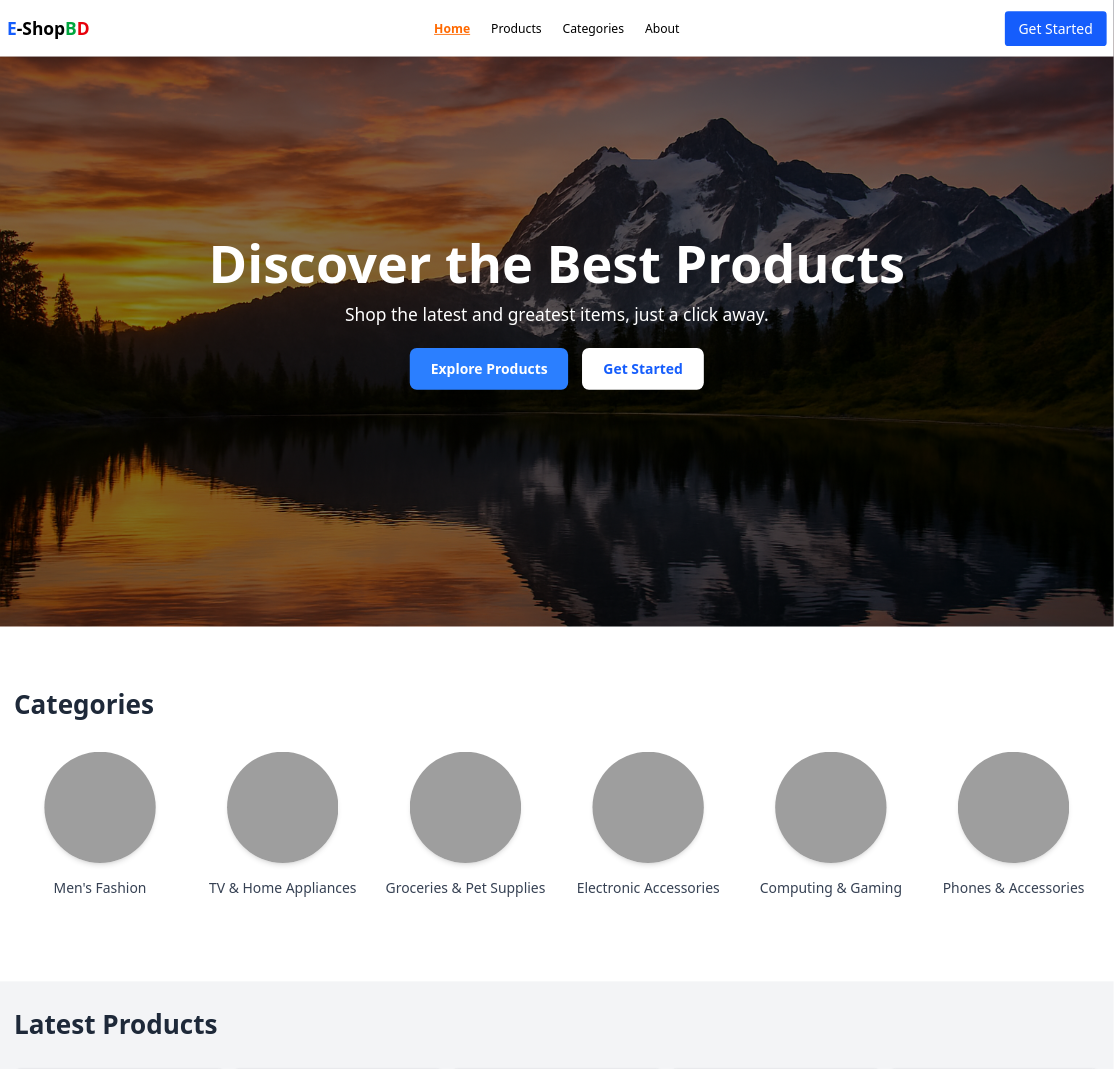
Repository: syedbayzid82849/E-shopBD
Page: /
These files come from the project's save history. The page is drawn as it stood at one moment and after a run of saves; the edit follows.
The browser window is 1280 px wide. The pictures show the part of the page from y = 0 to 1229 px (the page is 2333 px tall before and 2349 px after), at 87% of full size.
Pictures or frames that could not be fetched are drawn as grey boxes. The project was rebuilt for these pictures with package versions that can differ from the ones it lists, and the page was loaded fresh each time. The framework's server and built-in components were replaced by stand-ins that run in the browser. Also part of the build but not shown: next.config.mjs, src/app/page.module.css, src/app/layouts/page.js.

Above is the page before, as saved 2025-08-22 12:01:15.

### src/app/layout.js
import { Geist, Geist_Mono } from "next/font/google";
import "./globals.css";
import Navbar from "./components/Navbar";
import Footer from "./components/Footer";

const geistSans = Geist({
  variable: "--font-geist-sans",
  subsets: ["latin"],
});

const geistMono = Geist_Mono({
  variable: "--font-geist-mono",
  subsets: ["latin"],
});

export const metadata = {
  title: "Create Next App",
  description: "Generated by create next app",
};

export default function RootLayout({ children }) {
  return (
    <html lang="en">
      <body className={`${geistSans.variable} ${geistMono.variable}`}>
        <nav>
          <Navbar></Navbar>
        </nav>
      <main className=" ">
        {children}
      </main>
      <footer>
        <Footer></Footer>
      </footer>
      </body>
    </html>
  );
}

### src/app/page.js
import Image from "next/image";
import styles from "./page.module.css";
import Layout from "./layouts/page";
import Navbar from "./components/Navbar";
import Hero from "./components/HeroSection";
import Categories from "./categories/page";
import LatestProducts from "./components/LatestProducts";

export default function Home() {
  return (
    <div className=''>
      <Hero></Hero>
      <Categories></Categories>
      <LatestProducts></LatestProducts>
    </div>
  );
}

### src/app/globals.css
@import "tailwindcss";

@plugin "daisyui" {
    themes: light;
}

### src/app/components/Navbar.jsx
"use client";
import { useState } from "react";
import Link from "next/link";
import { usePathname } from "next/navigation";

export default function Navbar() {
    const [isOpen, setIsOpen] = useState(false);
    const pathname = usePathname();

    const isActive = (path) =>
        pathname === path
            ? "underline text-orange-500 font-semibold"
            : "";

    const navMenu = () => {
        return (
            <>
                <li>
                    <Link href="/" className={isActive("/")}>
                        Home
                    </Link>
                </li>
                <li>
                    <Link href="/products" className={isActive("/products")}>
                        Products
                    </Link>
                </li>
                <li>
                    <Link href="/categories" className={isActive("/categories")}>
                        Categories
                    </Link>
                </li>
                <li>
                    <Link href="/about" className={isActive("/about")}>
                        About
                    </Link>
                </li>
            </>
        );
    };


    return (
        <div className="navbar bg-white shadow-sm fixed z-50">
            <div className="navbar-start">
                <div className="dropdown ">
                    <div tabIndex={0} role="button" className="btn btn-ghost lg:hidden">
                        <svg xmlns="http://www.w3.org/2000/svg" className="h-5 w-5" fill="none" viewBox="0 0 24 24" stroke="currentColor"> <path strokeLinecap="round" strokeLinejoin="round" strokeWidth="2" d="M4 6h16M4 12h8m-8 6h16" /> </svg>
                    </div>
                    <ul
                        tabIndex={0}
                        className="dropdown-content bg-white rounded z-50 mt-3 w-52 p-2 shadow"
                    >
                        {navMenu()}
                    </ul>
                </div>
                <a className=" text-xl font-bold">
                    <span className="text-blue-600">E</span>
                    <span>-Shop</span>
                    <span className="text-green-600">B</span>
                    <span className="text-red-600">D</span></a>
            </div>
            <div className="navbar-center hidden lg:flex">
                <ul className="menu menu-horizontal px-1">
                    {navMenu()}
                </ul>
            </div>
            <div className="navbar-end">
                <Link
                    href="/login"
                    className="bg-blue-600 text-white px-4 py-2 rounded hover:bg-blue-700"
                >
                    Get Started
                </Link>
            </div>
        </div>
    );
}

### src/app/components/Footer.jsx
import React from 'react'

export default function Footer() {
    return (
        <>
            <footer className="bg-gray-100 text-gray-800 py-10 px-6">
                <div className="max-w-7xl mx-auto grid grid-cols-1 sm:grid-cols-2 md:grid-cols-4 gap-8">

                    {/* Logo & About */}
                    <div>
                        <svg
                            width="50"
                            height="50"
                            viewBox="0 0 24 24"
                            xmlns="http://www.w3.org/2000/svg"
                            className="fill-current text-blue-600 mb-3"
                        >
                            <path d="M22.672 15.226l-2.432.811.841 2.515c..."></path>
                        </svg>
                        <p className="font-semibold">
                            <span className="text-blue-600">E</span>
                            <span>-Shop</span>
                            <span className="text-green-600">B</span>
                            <span className="text-red-600">D</span> Industries Ltd. <br />
                            <span className="text-sm text-gray-600">
                                Providing Selling and Buying since 2020
                            </span>
                        </p>
                    </div>

                    {/* Services */}
                    <div>
                        <h6 className="text-lg font-bold mb-3">Services</h6>
                        <ul className="space-y-2 text-sm">
                            <li><a href="#" className="hover:text-blue-600">Branding</a></li>
                            <li><a href="#" className="hover:text-blue-600">Design</a></li>
                            <li><a href="#" className="hover:text-blue-600">Marketing</a></li>
                            <li><a href="#" className="hover:text-blue-600">Advertisement</a></li>
                        </ul>
                    </div>

                    {/* Company */}
                    <div>
                        <h6 className="text-lg font-bold mb-3">Company</h6>
                        <ul className="space-y-2 text-sm">
                            <li><a href="#" className="hover:text-blue-600">About us</a></li>
                            <li><a href="#" className="hover:text-blue-600">Contact</a></li>
                            <li><a href="#" className="hover:text-blue-600">Jobs</a></li>
                            <li><a href="#" className="hover:text-blue-600">Press kit</a></li>
                        </ul>
                    </div>

                    {/* Legal */}
                    <div>
                        <h6 className="text-lg font-bold mb-3">Legal</h6>
                        <ul className="space-y-2 text-sm">
                            <li><a href="#" className="hover:text-blue-600">Terms of use</a></li>
                            <li><a href="#" className="hover:text-blue-600">Privacy policy</a></li>
                            <li><a href="#" className="hover:text-blue-600">Cookie policy</a></li>
                        </ul>
                    </div>
                </div>

                {/* Bottom section */}
                <div className="mt-10 border-t pt-6 text-center text-sm text-gray-500">
                    © {new Date().getFullYear()} ACME Industries Ltd. All rights reserved.
                </div>
            </footer></>
    )
}

### src/app/components/HeroSection.jsx
import Link from "next/link";
import heroBg from '../../../public/assets/bg-hero.png'

export default function Hero() {
    return (
        <section
            className="relative h-screen max-h-[775px] bg-cover bg-center flex items-center justify-center"
            style={{ backgroundImage: "url('/assets/bg-hero.png')" }}
        >
            {/* Overlay for dark effect */}
            <div className="absolute inset-0 bg-black/50"></div>

            {/* Content */}
            <div className="relative z-10 text-center text-white px-4">
                <h1 className="text-4xl md:text-6xl font-bold mb-4">
                    Discover the Best Products
                </h1>
                <p className="text-lg md:text-xl mb-6">
                    Shop the latest and greatest items, just a click away.
                </p>
                <div className="flex justify-center gap-4">
                    <Link
                        href="/products"
                        className="bg-blue-500 hover:bg-blue-600 px-6 py-3 rounded-lg font-semibold shadow-lg transition"
                    >
                        Explore Products
                    </Link>
                    <Link
                        href="/login"
                        className="bg-white text-blue-600 hover:bg-gray-100 px-6 py-3 rounded-lg font-semibold shadow-lg transition"
                    >
                        Get Started
                    </Link>
                </div>
            </div>
        </section>
    );
}

### src/app/categories/page.jsx
import React from 'react';
import catDef from '../../../public/assets/bg-hero.png';

// products.json ফাইল থেকে ডেটা ইম্পোর্ট করা হচ্ছে।
// এই ফাইলটি আপনার প্রজেক্টে থাকা উচিত।
// তবে, এই ডেমো কোডে, আমরা JSON ডেটাকে সরাসরি একটি ভেরিয়েবলে ব্যবহার করছি।
const productsData = [

  { "category": "Men's Fashion", "thumbnail": "https://imrs.cartup.com/api/v1/image-resize?imageUrl=https://sl-dev-s3.s3.amazonaws.com/admin/resources/alt-men-s-fashion-1739454090154.png&width=180" },
  { "category": "TV & Home Appliances", "thumbnail": "https://images.unsplash.com/photo-1571176288869-703348c4547c?ixlib=rb-1.2.1&auto=format&fit=crop" },
  { "category": "Groceries & Pet Supplies", "thumbnail": "https://images.unsplash.com/photo-1542838132-92c90c33a92b?ixlib=rb-1.2.1&auto=format&fit=crop" },
  { "category": "Electronic Accessories", "thumbnail": "https://images.unsplash.com/photo-1550529555-ff3d0859c836?ixlib=rb-1.2.1&auto=format&fit=crop" },
  { "category": "Computing & Gaming", "thumbnail": "https://images.unsplash.com/photo-1587829744585-780c103986c7?ixlib=rb-1.2.1&auto=format&fit=crop" },
  { "category": "Phones & Accessories", "thumbnail": "https://images.unsplash.com/photo-1601701384074-98c9f0a51c4a?ixlib=rb-1.2.1&auto=format&fit=crop" }
];

// এই ফাংশনটি অনন্য ক্যাটাগরিগুলো বের করে
const getUniqueCategories = (data) => {
  const categories = {};
  data.forEach(product => {
    if (!categories[product.category]) {
      categories[product.category] = product.thumbnail;
    }
  });
  return Object.keys(categories).map(key => ({
    name: key,
    image: categories[key]
  }));
};

export default function Categories() {
  const uniqueCategories = getUniqueCategories(productsData);

  return (
    <div className="bg-white px-4 py-8 mt-10 font-sans max-w-7xl mx-auto">
      <h2 className="text-xl sm:text-2xl md:text-3xl font-semibold mb-8 text-gray-800 pb-1">
        Categories
      </h2>

      <div className="grid grid-cols-2 sm:grid-cols-3 md:grid-cols-4 lg:grid-cols-6 gap-3">
        {uniqueCategories.map((category, index) => (
          // প্রতিটি ক্যাটাগরি রেন্ডার করা হচ্ছে।
          <div key={index} className="flex flex-col items-center text-center cursor-pointer group">
            {/* ক্যাটাগরি আইকন ইমেজ */}
            <div className="w-24 h-24 sm:w-28 sm:h-28 md:w-32 md:h-32 rounded-full overflow-hidden mb-2 shadow-md hover:shadow-lg transition-shadow duration-300">
              <img
                src={catDef}
                // src={category.image}
                alt={category.name}
                className="w-full h-full object-cover group-hover:scale-105 transition-transform duration-300"
              />
            </div>

            {/* ক্যাটাগরির নাম */}
            <h3 className="text-sm sm:text-base font-medium text-gray-700 mt-2">
              {category.name}
            </h3>
          </div>
        ))}
      </div>
    </div>
  );
}

### src/app/components/LatestProducts.jsx
import React from 'react';

// আপনার products.json ফাইল থেকে ডেটা সরাসরি লোড করা হচ্ছে।
// যেহেতু কোডটি ব্রাউজারে চলবে, তাই ফাইলটি সরাসরি ইম্পোর্ট করা যাবে না।
// তাই ডেমো হিসেবে আমরা ডেটা সরাসরি এখানে পেস্ট করেছি।
const products = [
    {
        sku: "SKU-100001",
        title: "Memory Foam Pillow",
        price: { current: 21933, discountPercent: 29 },
        thumbnail: "https://images.unsplash.com/photo-1610427976997-7c274d82531d?q=80&w=2070&auto=format&fit=crop",
        badges: ["official-store", "free-delivery"],
        rating: { average: 4, count: 4 }
    },
    {
        sku: "SKU-100002",
        title: "Classic Cotton T‑Shirt",
        price: { current: 16497, discountPercent: 30, original: 23669 },
        thumbnail: "https://images.unsplash.com/photo-1542291026-79e46a78491c?q=80&w=2070&auto=format&fit=crop",
        badges: ["official-store", "hot"],
        rating: { average: 4.3, count: 3 }
    },
    {
        sku: "SKU-100003",
        title: "Smart LED TV 43\" FHD",
        price: { current: 13508, discountPercent: 33, original: 20212 },
        thumbnail: "https://images.unsplash.com/photo-1571176288869-703348c4547c?q=80&w=2070&auto=format&fit=crop",
        badges: ["best-seller", "hot"],
        rating: { average: 5.0, count: 2 }
    },
    {
        sku: "SKU-100004",
        title: "Premium Basmati Rice 5kg",
        price: { current: 4455, discountPercent: 21, original: 5607 },
        thumbnail: "https://images.unsplash.com/photo-1542838132-92c90c33a92b?q=80&w=2070&auto=format&fit=crop",
        badges: ["best-seller", "free-delivery"],
        rating: { average: 4.5, count: 2 }
    },
    {
        sku: "SKU-100005",
        title: "FastCharge Power Bank 20000mAh",
        price: { current: 15664, discountPercent: 28, original: 21768 },
        thumbnail: "https://images.unsplash.com/photo-1550529555-ff3d0859c836?q=80&w=2070&auto=format&fit=crop",
        badges: ["hot", "official-store"],
        rating: { average: 4.7, count: 3 }
    },
    {
        sku: "SKU-100006",
        title: "LiteBook 14\" Laptop",
        price: { current: 37354, discountPercent: 11, original: 42086 },
        thumbnail: "https://images.unsplash.com/photo-1587829744585-780c103986c7?q=80&w=2070&auto=format&fit=crop",
        badges: ["new", "official-store"],
        rating: { average: 4.5, count: 4 }
    }
];


// একটি ফাংশন যা স্টার রেটিং তৈরি করে
const StarRating = ({ averageRating, totalStars = 5 }) => {
    return (
        <div className="flex text-yellow-400">
            {Array.from({ length: totalStars }, (_, i) => (
                <svg
                    key={i}
                    className={`w-4 h-4 ${i < averageRating ? 'text-yellow-400' : 'text-gray-300'}`}
                    fill="currentColor"
                    viewBox="0 0 20 20"
                    xmlns="http://www.w3.org/2000/svg"
                >
                    <path d="M9.049 2.927c.3-.921 1.603-.921 1.902 0l1.286 3.96a1 1 0 00.95.69l4.16.03c.969.006 1.363 1.288.583 1.838l-3.376 2.45c-.34.246-.48.69-.175 1.09l1.286 3.96c.3.92-.816 1.658-1.662 1.056l-3.376-2.45a1 1 0 00-1.156 0l-3.376 2.45c-.846.602-1.962-.136-1.662-1.056l1.286-3.96c.305-.4.165-.844-.175-1.09L.792 9.453c-.78-.55-.386-1.832.583-1.838l4.16-.03a1 1 0 00.95-.69l1.286-3.96z" />
                </svg>
            ))}
        </div>
    );
};

// মূল কম্পোনেন্ট
export default function LatestProducts() {
    return (
        <div className="bg-gray-100 px-4 py-8 mt-16  font-sans max-w-7xl mx-auto">
            <h2 className="text-xl sm:text-2xl md:text-3xl font-semibold mb-8 text-gray-800">
                Latest Products
            </h2>

            <div className="grid grid-cols-2 sm:grid-cols-3 md:grid-cols-4 lg:grid-cols-5 gap-2">
                {products.map((product) => (
                    <div key={product.sku} className="relative bg-white border border-gray-200 rounded-lg overflow-hidden shadow-sm hover:shadow-lg transition-shadow duration-300 group">
                        {/* ব্যাজ */}
                        <div className="absolute top-2 left-2 flex flex-col space-y-1 z-10">
                            {product.badges.includes("free-delivery") && (
                                <span className="bg-blue-600 text-white text-xs px-2 py-1 rounded-full font-medium">Free Delivery</span>
                            )}
                            {product.badges.includes("best-seller") && (
                                <span className="bg-green-600 text-white text-xs px-2 py-1 rounded-full font-medium">Best Seller</span>
                            )}
                            {product.badges.includes("hot") && (
                                <span className="bg-red-600 text-white text-xs px-2 py-1 rounded-full font-medium">Hot</span>
                            )}
                            {product.badges.includes("new") && (
                                <span className="bg-purple-600 text-white text-xs px-2 py-1 rounded-full font-medium">New</span>
                            )}
                        </div>

                        {/* প্রোডাক্টের ছবি */}
                        <div className="w-full h-48 md:h-56 lg:h-64 overflow-hidden">
                            <img
                                src={product.thumbnail}
                                alt={product.title}
                                className="w-full h-full object-cover group-hover:scale-105 transition-transform duration-300"
                            />
                        </div>

                        <div className="p-4 flex flex-col items-start text-left">
                            {/* প্রোডাক্টের টাইটেল */}
                            <h3 className="text-base font-medium text-gray-800 mb-2 truncate w-full">
                                {product.title}
                            </h3>

                            {/* প্রাইস এবং ডিসকাউন্ট */}
                            <div className="flex items-center space-x-2 mb-2">
                                <span className="text-lg font-bold text-red-600">
                                    ৳{product.price.current}
                                </span>
                                <span className="text-sm text-gray-400 line-through">
                                    ৳{product.price.original}
                                </span>
                                <span className="text-sm font-semibold text-gray-500">
                                    -{product.price.discountPercent}%
                                </span>
                            </div>

                            {/* রেটিং */}
                            <div className="flex items-center text-sm text-gray-500">
                                <StarRating averageRating={product.rating.average} />
                                <span className="ml-1 text-gray-600">({product.rating.count})</span>
                            </div>
                        </div>
                    </div>
                ))}
            </div>
        </div>
    );
}

After the next 2 saves:
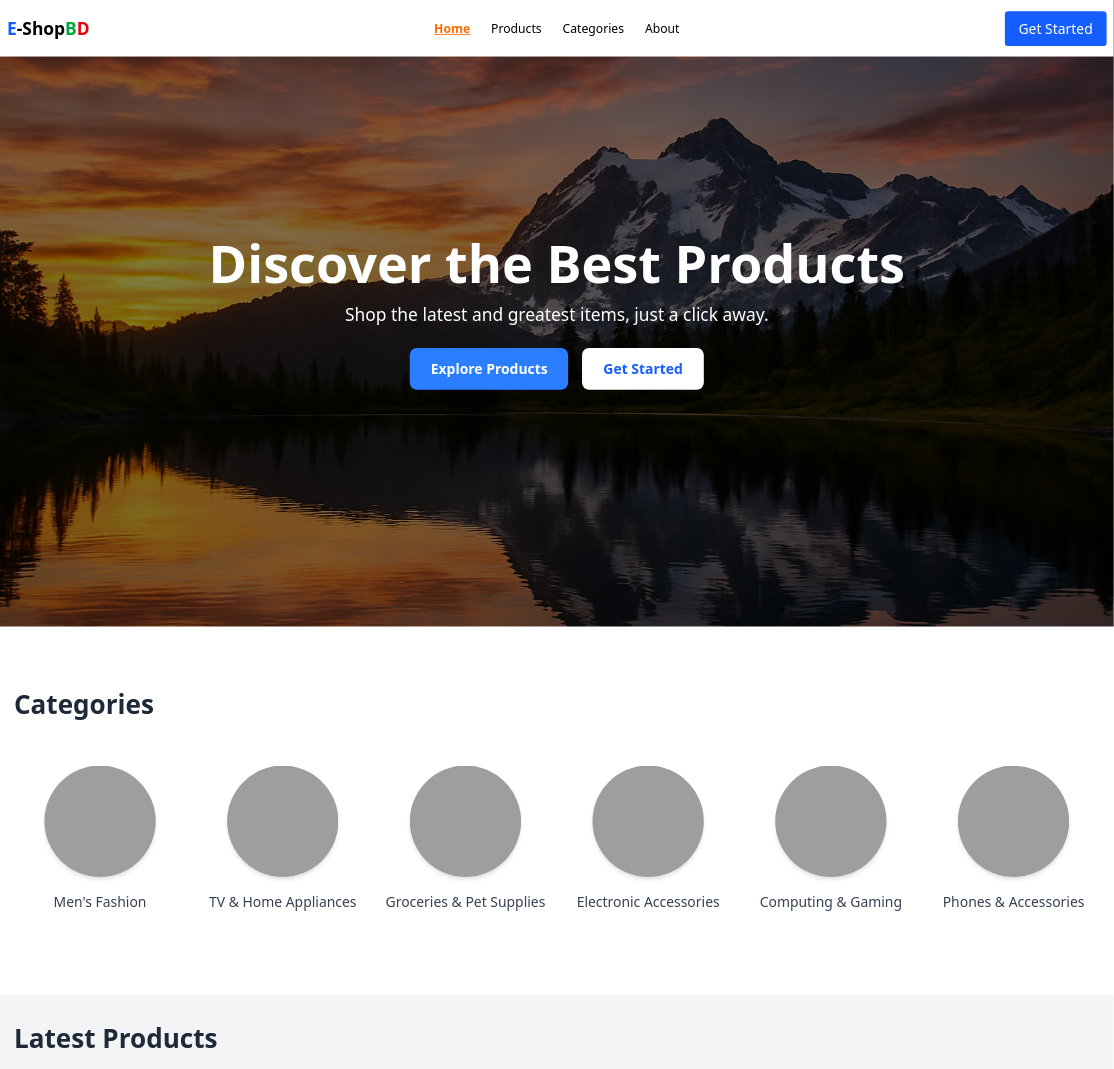
The 2 saves are shown as one change because they came seconds apart.
The last was saved 9 s later.
--- a/src/app/categories/page.jsx
+++ b/src/app/categories/page.jsx
@@ -33,7 +33,7 @@ export default function Categories() {
 
   return (
     <div className="bg-white px-4 py-8 mt-10 font-sans max-w-7xl mx-auto">
-      <h2 className="text-xl sm:text-2xl md:text-3xl font-semibold mb-8 text-gray-800 pb-1">
+      <h2 className="text-xl sm:text-2xl md:text-3xl font-semibold mb-8 text-gray-800 pb-5">
         Categories
       </h2>
 
